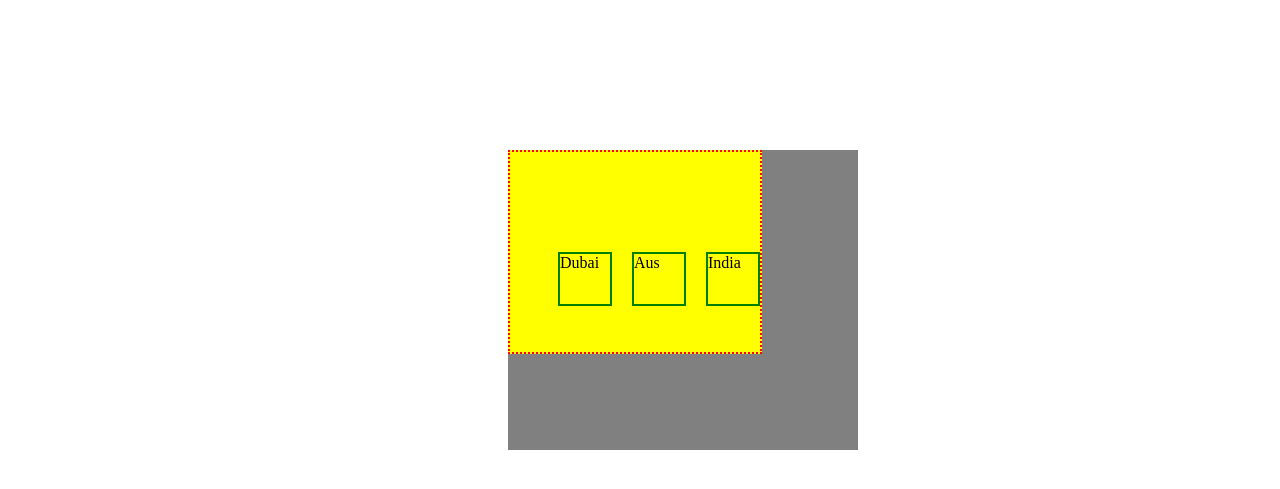
Repository: venkatesakki/JavaDeveloper
Page: css_examples/src/main/webapp/uderstandingBoxModel.html
These files come from the project's save history. The page is drawn as it stood at one moment and after the next save; the edit follows.
The browser window is 1280 px wide. The pictures show the whole page.

Above is the page before, as saved 2022-06-27 07:22:42.

### css_examples/src/main/webapp/uderstandingBoxModel.html
<!DOCTYPE html>
<html>
<head>
<meta charset="UTF-8">
<title>Box Model</title>
<link type="text/css" rel="stylesheet" href="styles/boxmodel.css">
</head>
<body>

<div id="otermost" class="outer">
	<div id="inner" class="inner">
		<div id="child1" class="child">India</div>
		<div id="child2" class="child">Aus</div>
		<div id="child3" class="child">Dubai</div>
	</div>
</div>
</body>
</html>

### css_examples/src/main/webapp/styles/boxmodel.css
@charset "UTF-8";

.outer{


	width:350px;
	height:300px;
	border:1px solid megenta;
	background-color: grey;
	margin-top:150px;
	margin-left:500px;

}

.inner{

	width:250px;
	height:200px;
	border:2px dotted red;
	background-color: yellow;
}

.child{


	width:50px;
	height:50px;
	border:2px solid green;
	display:inline;
	float:right;
	margin-top:100px;
	margin-left:20px;

}

After the next save:
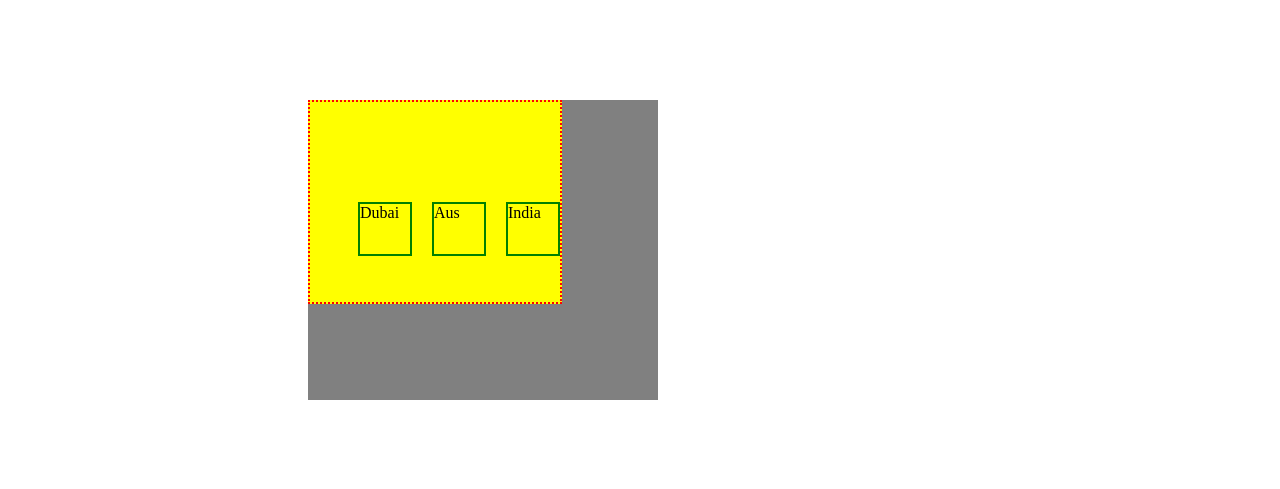
Saved 6 min 7 s later.
--- a/css_examples/src/main/webapp/styles/boxmodel.css
+++ b/css_examples/src/main/webapp/styles/boxmodel.css
@@ -7,8 +7,8 @@
 	height:300px;
 	border:1px solid megenta;
 	background-color: grey;
-	margin-top:150px;
-	margin-left:500px;
+	margin-top:100px;
+	margin-left:300px;
 
 }
 
